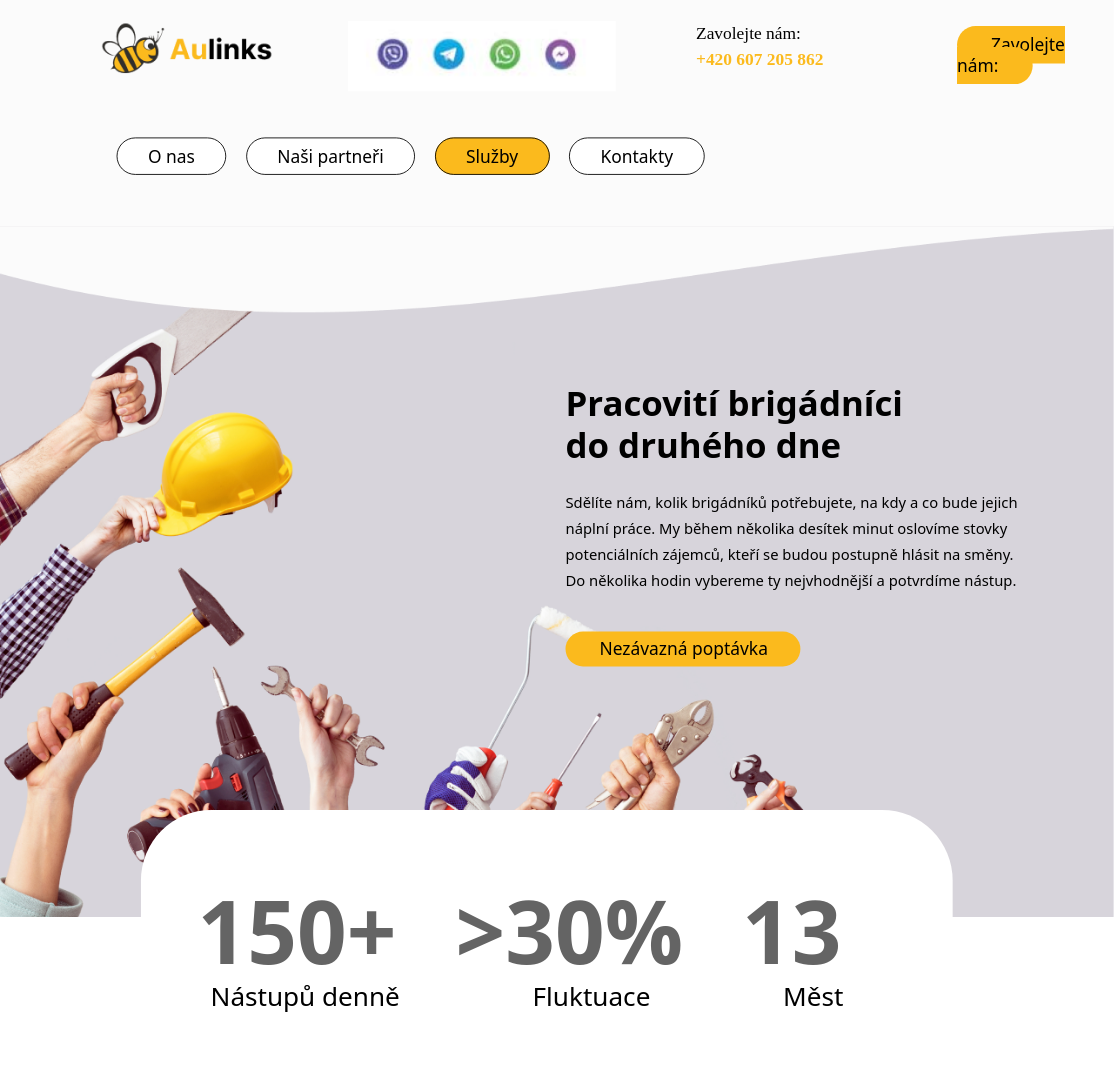
Repository: bilday08/aulinks
Page: index.html
The author's editor kept a copy of each file at every save. The page is drawn from the files as they stood at one save, then again after the next save.
The browser window is 1280 px wide. The pictures show the whole page, at 87% of full size.
Some web fonts or font styles are not loaded; a fallback is used.

Above is the page before, as saved 2022-12-07 15:15:06.

### index.html
<!DOCTYPE html>
<html lang="en">
<head>
    <meta charset="UTF-8">
    <meta http-equiv="X-UA-Compatible" content="IE=edge">
    <meta name="viewport" content="width=device-width, initial-scale=1.0">
    <title>Aulinks</title>
    <link rel="stylesheet" href="./reset.css">
    <link rel="stylesheet" href="./style.css">
    <link
    rel="stylesheet"
    href="https://cdnjs.cloudflare.com/ajax/libs/font-awesome/6.2.0/css/all.min.css"
    integrity="sha512-xh6O/CkQoPOWDdYTDqeRdPCVd1SpvCA9XXcUnZS2FmJNp1coAFzvtCN9BmamE+4aHK8yyUHUSCcJHgXloTyT2A=="
    crossorigin="anonymous"
    referrerpolicy="no-referrer" />
    <link
    href="https://cdn.jsdelivr.net/npm/bootstrap@5.2.1/dist/css/bootstrap.min.css"
    rel="stylesheet"
    integrity="sha384-iYQeCzEYFbKjA/T2uDLTpkwGzCiq6soy8tYaI1GyVh/UjpbCx/TYkiZhlZB6+fzT"
    crossorigin="anonymous">
    <script
    src="https://cdn.jsdelivr.net/npm/bootstrap@5.2.1/dist/js/bootstrap.bundle.min.js"
    integrity="sha384-u1OknCvxWvY5kfmNBILK2hRnQC3Pr17a+RTT6rIHI7NnikvbZlHgTPOOmMi466C8"
    crossorigin="anonymous">
    </script>
    <link rel="preconnect" href="https://fonts.googleapis.com">
    <link rel="preconnect" href="https://fonts.gstatic.com" crossorigin>
    <link
    href="https://fonts.googleapis.com/css2?family=Inter+Tight:ital,wght@0,100;0,200;0,300;0,400;0,500;0,600;0,700;0,800;0,900;1,200;1,300;1,400;1,500;1,600;1,700;1,800;1,900&family=Inter:wght@100;200;300;400;500;600;700;800;900&display=swap"
    rel="stylesheet">
</head>
<body>
    <div class="wrapper">
        <header class="header">
            <div class="container_fluid_header">
                <div class="header__logo">
                    <img class="logo_images" src="./images/Header/logo.png" alt="logo"/>
                    <img class="logo_text" src="./images/Header/logotext.png" alt="logo"/>
                </div>
                <div class="header__contact">
                    <img class="contact_images" src="./images/Header/contact.png" alt="contact">
                </div>
                <div class="header__text">
                    <span class="text_name">Zavolejte nám:</span>
                    <span class="text_number">+420 607 205 862</span>
                </div>
                <div class="header__button">
                    <a href="#" class="button_name">Zavolejte nám:</a>
                </div>
                <div class="herder__button_white">
                    <a href="#" class="button_name_white">O nas</a>
                    <a href="#" class="button_name_white">Naši partneři</a>
                    <a href="#" class="button_name_white button_name_yellow">Služby</a>
                    <a href="#" class="button_name_white">Kontakty</a>
                </div>
            </div>
        </header>
    </div>
    <main>
        <div class="container_fluid_main">
            <div class="main__top_br">
                <img
                src="./images/Main/Rectangle 8 (9).png"
                alt="#" class="main_top_header"/>
                <h1 class="main_text">Pracovití brigádníci do druhého dne</h1>
                <p class="main_content">
                    Sdělíte nám, kolik brigádníků potřebujete,
                    na kdy a co bude jejich náplní práce. My během několika
                    desítek minut oslovíme stovky potenciálních zájemců, kteří
                    se budou postupně hlásit na směny. Do několika hodin vybereme
                    ty nejvhodnější a potvrdíme nástup.
                </p>
                <a href="#" class="main_button">Nezávazná poptávka</a>
            </div>
            <div class="main_center">
                <a href="#" class="center_button">
                    <div class="button__first">
                        <span class="button_number">150+</span>
                        <span class="button_number">>30%</span>
                        <span class="button_number">13</span>
                    </div>
                    <div class="button__second">
                        <span class="button_text">Nástupů denně</span>
                        <span class="button_text text_second">Fluktuace</span>
                        <span class="button_text text_thrid">Měst</span>
                    </div>
                </a>
            </div>
        </div>
    </main>
</body>
</html>

### style.css
html{
    font-size: 62.5%;
    /* 1rem=10px; */
}
* {
    box-sizing: border-box;
}
body{
    font-family: 'Inter Tight', sans-serif;
}
.container_fluid_header{
    max-width: 100%;
    height: 36rem;
    background-image: url(./images/Header/Rectangle\ 8\ \(10\).png);
    background-repeat: no-repeat;
    background-size: auto;
}
/* .header__logo{
    margin-top: 6rem;
} */
.logo_images{
    margin-left: 11.4rem;
    margin-top: 2rem;
    width: 7.8rem;
    height: 7.1rem;
}
.logo_text{
    margin-top: 2rem;
}
.contact_images{
    margin-left: 40rem;
    margin-top: -7rem;
    width: 30.8rem;
    height: 8.1rem;
}
.header__text{
    margin-left: 80rem;
    margin-top: -8rem;
}
.text_name{
    display: block;
    width: 14.5rem;
    height: 3rem;
    font-family: 'Inter Tight';
    font-weight: 400;
    font-size: 20px;
    line-height: 24px;
    color: black;
}
.text_number{
    color: #FBBA1D;
    width: 18.5rem;
    height: 2.4rem;
    font-family: 'Inter Tight';
    font-style: normal;
    font-weight: 700;
    font-size: 20px;
    line-height: 24px;
}
.header__button{
    margin-left: 110rem;
    margin-top: -4rem;
}
.button_name{
    text-align: center;
    text-decoration: none;
    padding: 0.8rem 3.9rem;
    color: black;
    background-color: #FBBA1D;
    width: 22.3rem;
    height: 4.1rem;
    font-weight: 400;
    font-size: 20px;
    line-height: 24px;
    border-radius: 30px;
}
.herder__button_white{
    margin-top: 8rem;
    margin-left: 11.4rem;
}
.button_name_white{
    text-decoration: none;
    text-align: center;
    color: black;
    background-color: white;
    padding: 0.7rem 3.5rem;
    width: 19rem;
    height: 4rem;
    font-weight: 400;
    font-size: 20px;
    line-height: 24px;
    border-radius: 30px;
    border: 1px solid #000000;
    margin-left: 2rem;
}
.button_name_yellow{
    background-color: #FBBA1D;
}
.main_top_header{
    max-width: 100%;
    object-fit: contain;
    margin-left: 0;
}
.container_fluid_main{
    max-width: 100%;
    height: 79.4rem;
    background-image: url(./images/Main/brmain.png);
    object-fit: cover;
    margin-top: -10em;
}
.main_text{
    width: 42.7rem;
    height: 9.6rem;
    font-weight: 600;
    font-size: 40px;
    line-height: 48px;
    color: #000000;
    margin-left: 65rem;
    margin-top: 8rem;
}
.main_content{
    width: 53.5rem;
    height: 12rem;
    font-weight: 400;
    font-size: 17px;
    line-height: 30px;
    color: #000000;
    margin-top: 2.8rem;
    margin-left: 65rem;
}
.main_button{
    text-decoration: none;
    text-align: center;
    display: block;
    padding: 8px 39px;
    color: black;
    background-color: #FBBA1D;
    width: 27rem;
    height: 4rem;
    font-weight: 400;
    font-size: 20px;
    line-height: 24px;
    border-radius: 30px;
    margin-top: 4.3rem;
    margin-left: 65rem;
    white-space: nowrap;
}
.center_button{
    text-decoration: none;
    max-width: 109rem;
    height: 31.3rem;
    background-color:#FFFFFF;
    border-radius: 81px;
    display: block;
    margin-top: 16.5rem;
    margin-left: 16.2rem;
    margin-right: 18.5rem;
    padding-top: 7.8rem;
}
.button_number{
    display: inline-block;
    font-weight: 600;
    font-size: 100px;
    line-height: 121px;
    color: #646464;
    margin-left: 6.5rem;
}
.button__first .button__second{
    display: inline;
}
.button_text{
    width: 24rem;
    height: 3.3rem;
    display: inline;
    font-weight: 400;
    font-size: 30px;
    line-height: 30px;
    color: #000000;
    margin-left: 8rem;
}
.text_second{
    margin-left: 15rem;
}
.text_thrid{
    margin-left: 15rem;
}

Loaded but not shown: reset.css (common file)

After the next save:
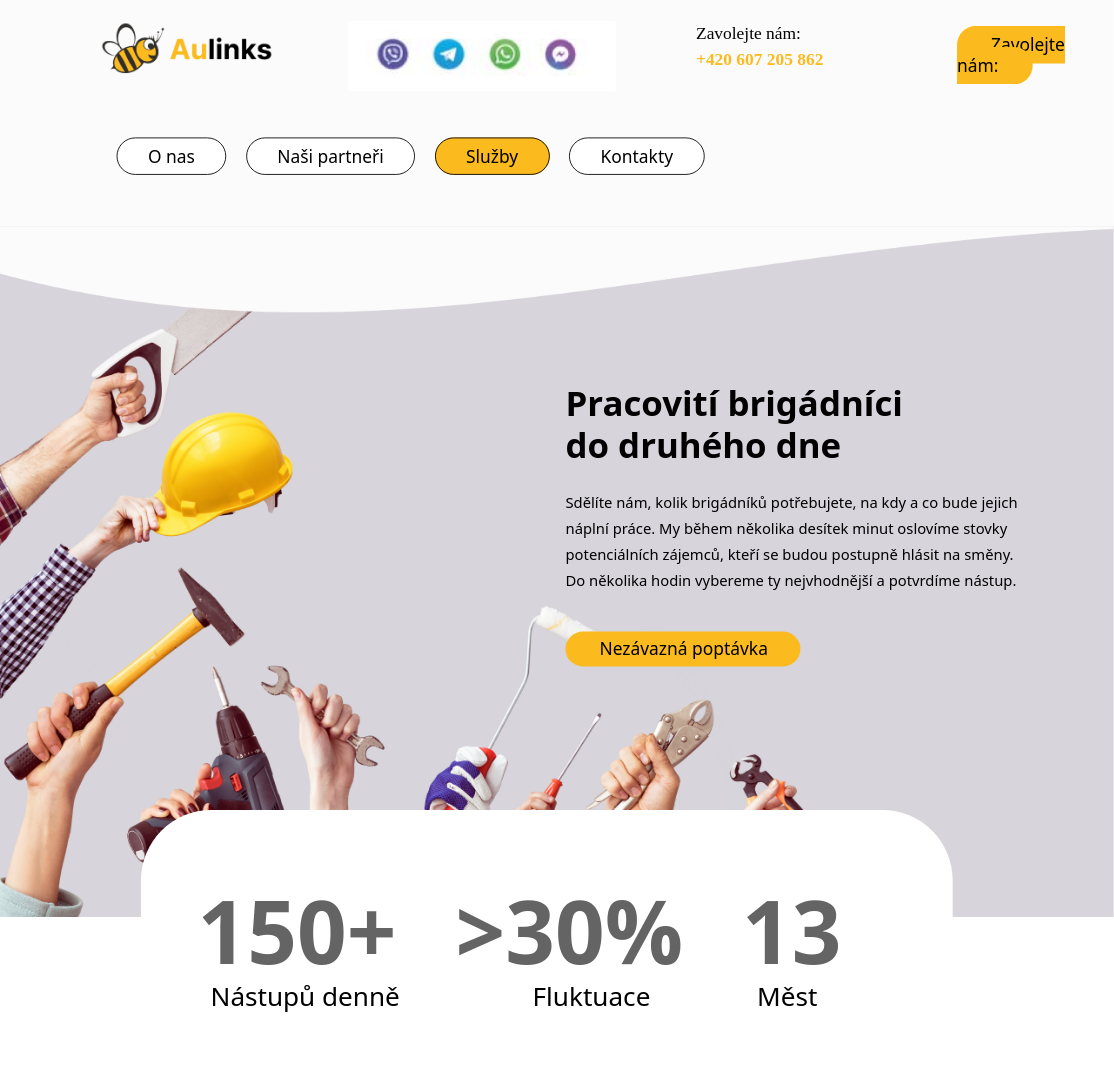
Saved 9 s later.
--- a/style.css
+++ b/style.css
@@ -182,5 +182,5 @@
     margin-left: 15rem;
 }
 .text_thrid{
-    margin-left: 15rem;
+    margin-left: 12rem;
 }
